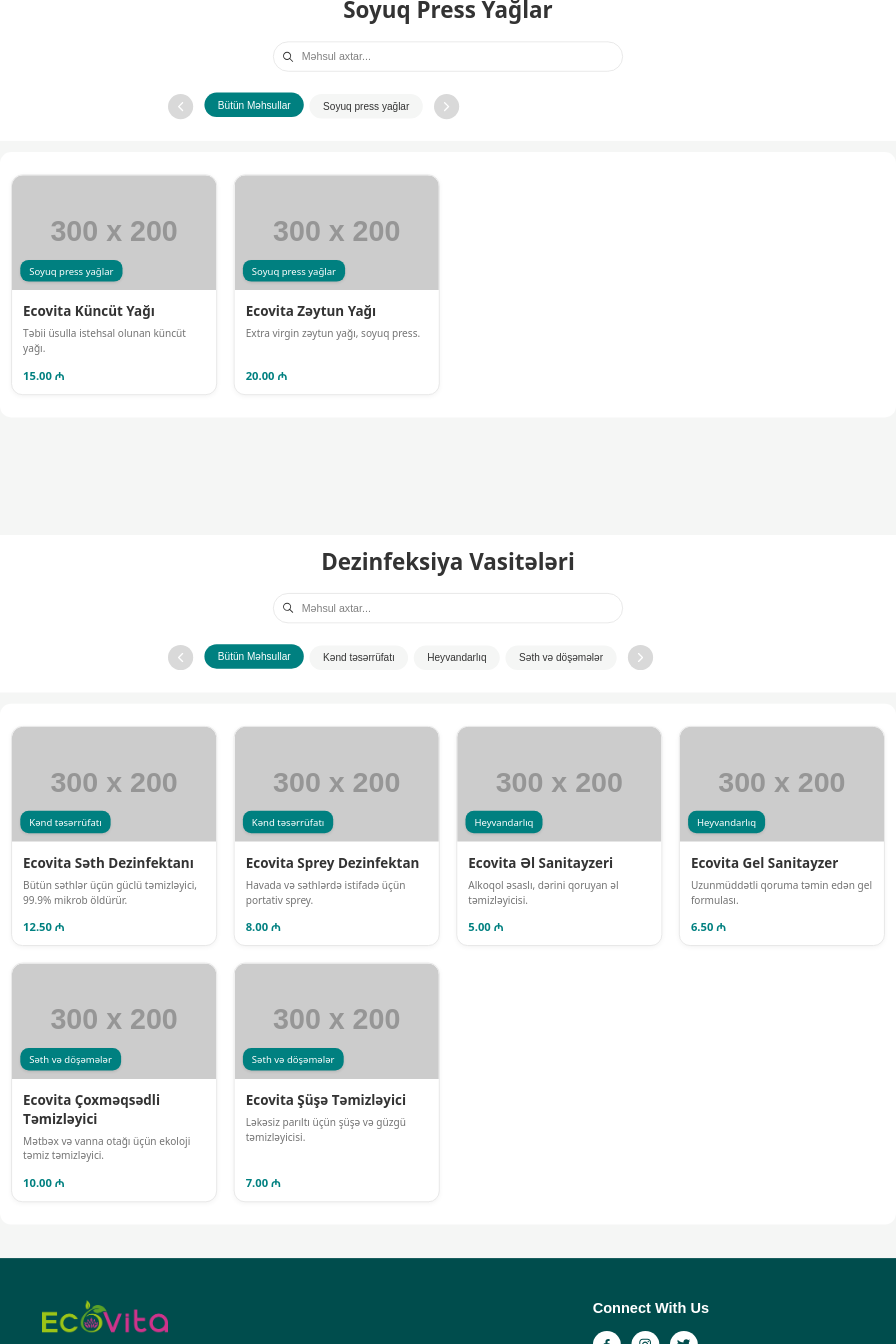
Repository: ferhadsultan98/ecovita
Page: /
These files come from the project's save history. The page is drawn as it stood at one moment and after the next save; the edit follows.
The browser window is 1280 px wide. The pictures show the part of the page from y = 1695 to 3615 px (the page is 3954 px tall before and 4850 px after), at 70% of full size.
The project was rebuilt for these pictures with package versions that can differ from the ones it lists, and the page was loaded fresh each time. Also part of the build but not shown: vite.config.js.

Above is the page before, as saved 2025-05-06 11:18:57.

After the next save:
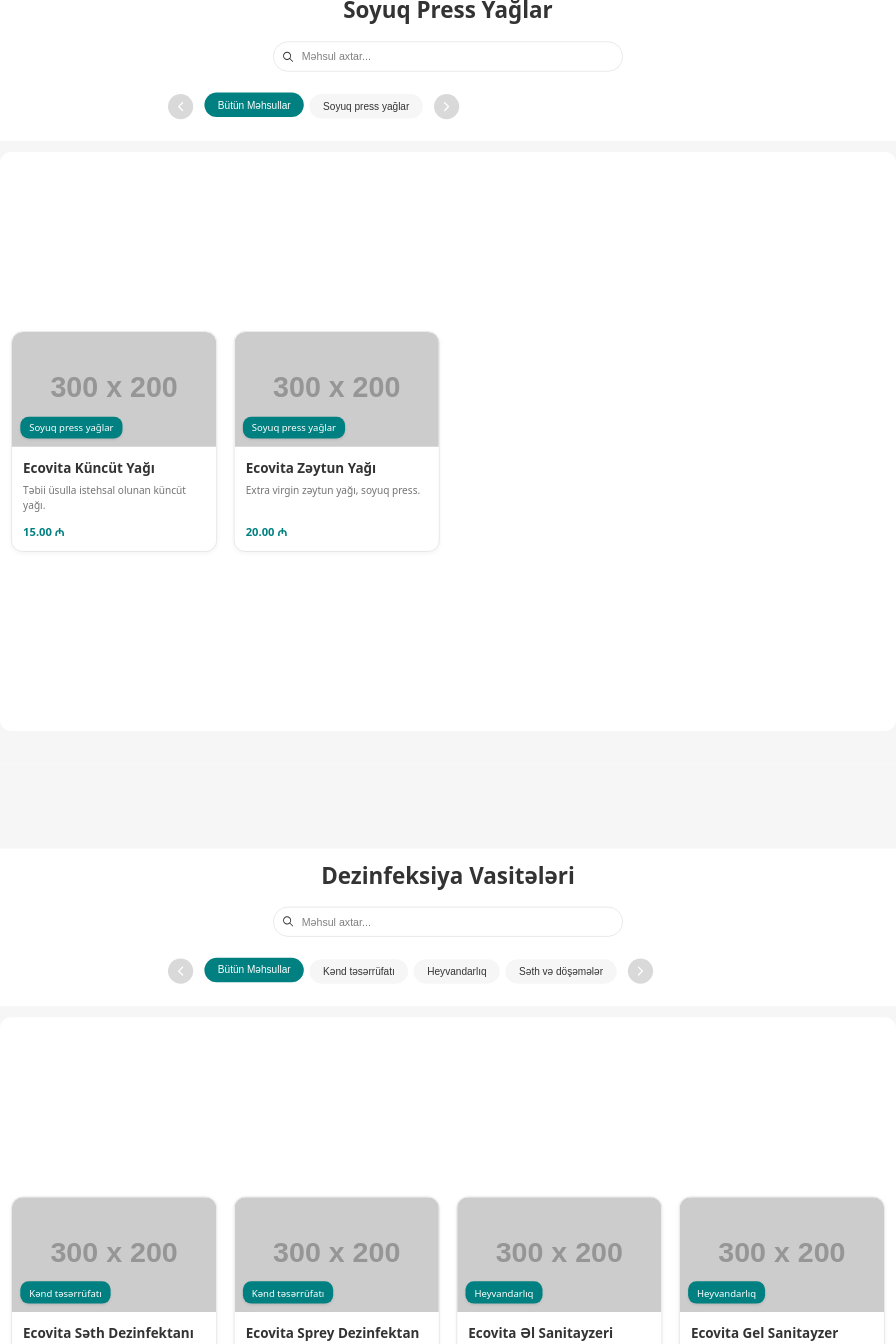
Saved 54 s later.
--- a/src/Pages/MenuSection/MenuSection.scss
+++ b/src/Pages/MenuSection/MenuSection.scss
@@ -207,7 +207,7 @@
   }
 
   .menu-content {
-    padding: 2rem 1rem;
+    padding: 16rem 1rem;
     background: $secondary-color;
     border-radius: 16px;
     margin: 1rem auto;
